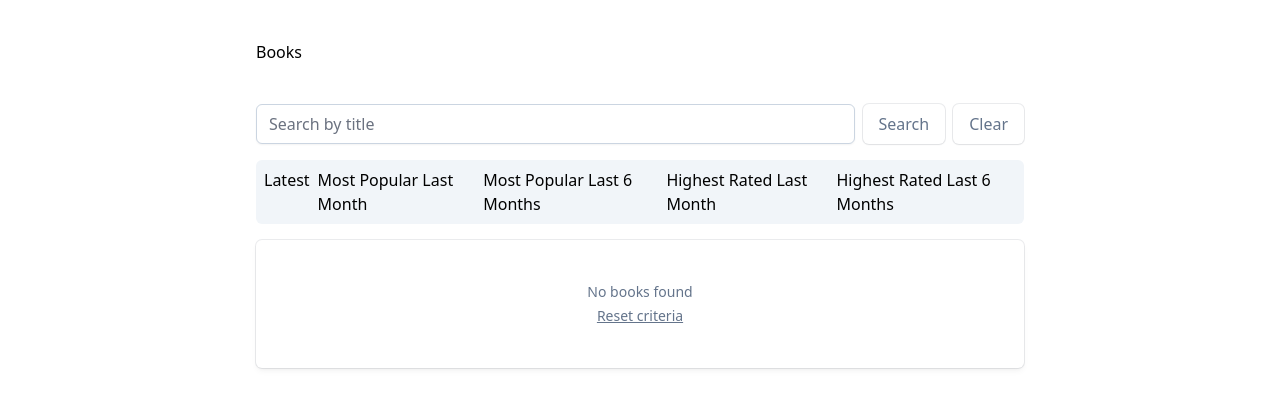
Repository: Haakim19/Laravel-Learn
Page: http://localhost/books
The author's editor kept a copy of each file at every save. The page is drawn from the files as they stood at one save, then again after the next save.
The browser window is 1280 px wide. The pictures show the whole page.
Some web libraries are served in a nearby version. The page is served by the project's Laravel application, run on PHP 8.4 with Laravel 12. Queries for data that is not in the repository find no rows.

Above is the page before, as saved 2025-02-08 10:49:08.

After the next save:
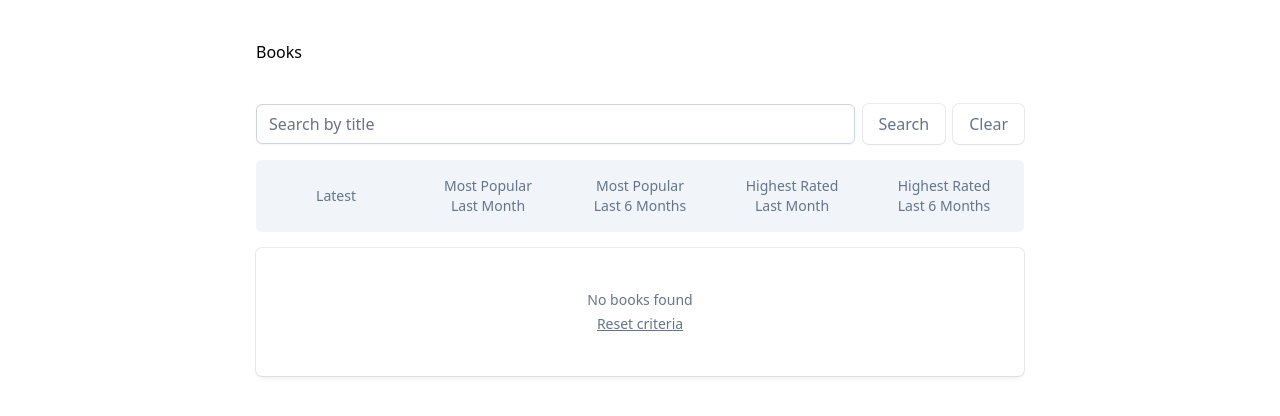
Saved 22 s later.
--- a/Book-Reviews/resources/views/books/index.blade.php
+++ b/Book-Reviews/resources/views/books/index.blade.php
@@ -20,7 +20,7 @@
             ];
         @endphp
         @foreach ($filters as $key=>$label)
-            <a href="#">
+            <a href="#" class="filter-item">
                 {{ $label }}
             </a>
 

After the save that followed:
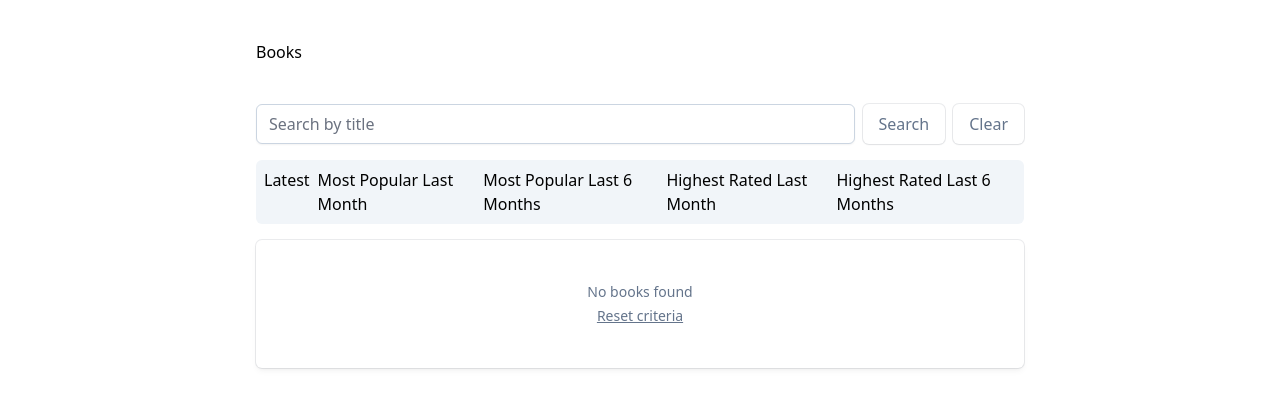
Saved 2 min 16 s later.
--- a/Book-Reviews/resources/views/books/index.blade.php
+++ b/Book-Reviews/resources/views/books/index.blade.php
@@ -20,7 +20,7 @@
             ];
         @endphp
         @foreach ($filters as $key=>$label)
-            <a href="#" class="filter-item">
+            <a href="#" class="">
                 {{ $label }}
             </a>
 
